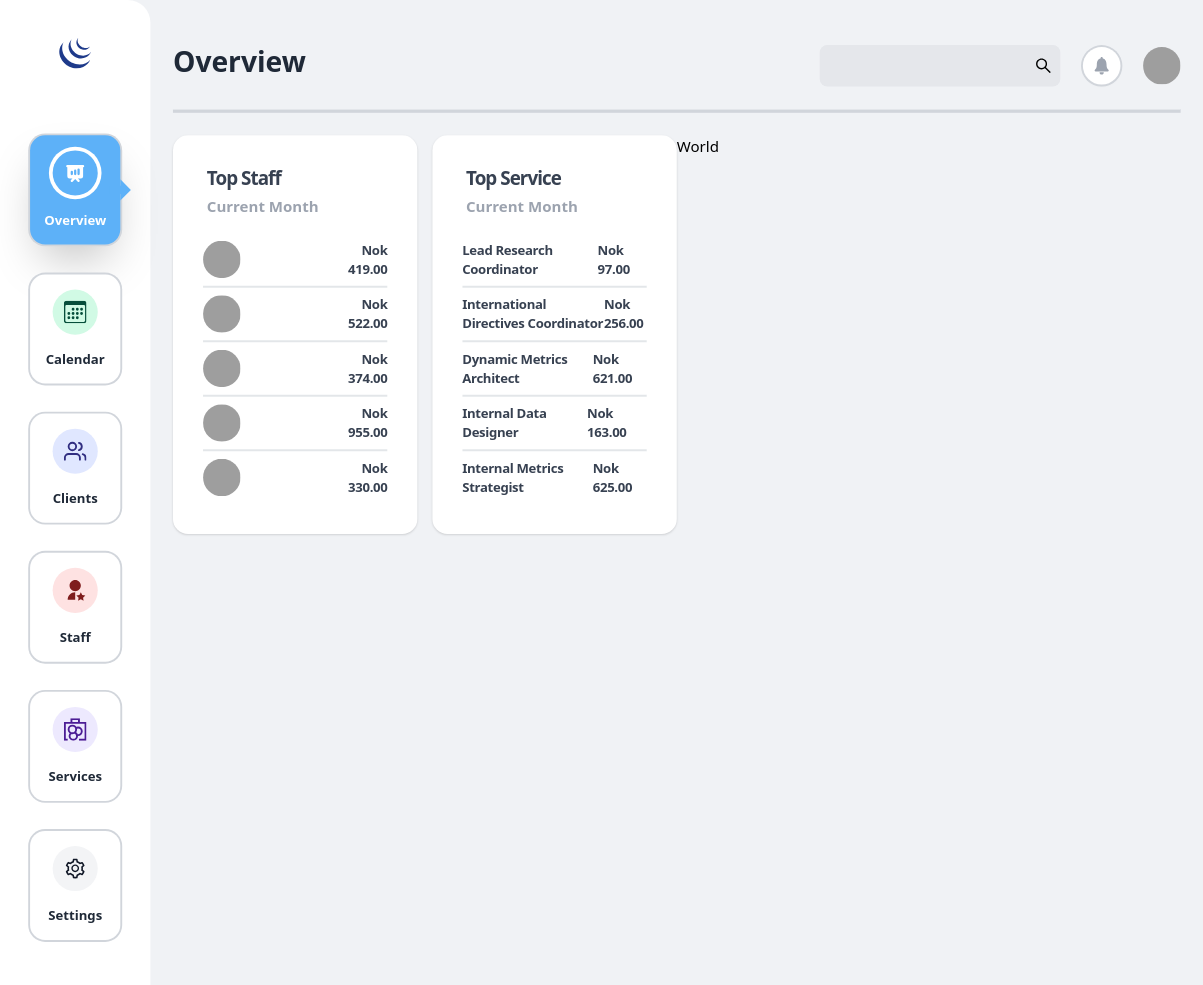
Repository: coolronts/dashboard
Page: /
The author's editor kept a copy of each file at every save. The page is drawn from the files as they stood at one save, then again after the next save.
The browser window is 1280 px wide. The pictures show the whole page, at 94% of full size.
Pictures or frames that could not be fetched are drawn as grey boxes. The project was rebuilt for these pictures with package versions that can differ from the ones it lists, and the page was loaded fresh each time. Also part of the build but not shown: craco.config.js.

Above is the page before, as saved 2021-11-28 02:43:10.

### src/index.tsx
import './index.css';

import App from './App';
import React from 'react';
import ReactDOM from 'react-dom';

ReactDOM.render(
  <React.StrictMode>
    <App />
  </React.StrictMode>,
  document.getElementById('root')
);

### src/App.tsx
import './App.css';

import Home from './Pages/Home'

function App() {
  return (
    <div className="App">
      <Home/>
    </div>
  );
}

export default App;

### src/App.css
* {
    margin: 0;
    padding: 0;
}

.App {
    background-color: #F0F2F5;
}

### src/Pages/Home/index.tsx
import LeftDrawer from '../../Units/LeftDrawer'
import SectionHeader from '../../Units/SectionHeader'
import SplitScreen from '../../Components/SplitScreen'
import TopService from '../../Units/TopService'
import TopStaff from '../../Units/TopStaff'

const Home: React.FC = () => {
  const styles = {
    leftDrawer: 'bg-white px-8 rounded-tr-3xl py-8',
  }
  return (
    <div className="flex">
      <div className={styles.leftDrawer}>
        <LeftDrawer/>
      </div>
      <div className="flex-1 mx-6 mt-12">
        <SectionHeader />
        <hr className="bg-gray-300 h-1 my-6" />
        <SplitScreen leftWeight="w-1/2" rightWeight="w-1/2" >
          <div className="w-full flex justify-between">
            <TopStaff />
            <div className="w-4"/>
            <TopService />
          </div>
          <div>World</div>
        </SplitScreen>

      </div>
    </div>
  )
}

export default Home

### src/Units/LeftDrawer/index.tsx
import { Calendar, Clients, Overview, Services, Settings, Staff } from '../../Components/Icons'

import {CompanyLogo} from '../../Components/Icons'
import Logo from '../../Components/Logo'

const LeftDrawer: React.FC = () => {
  const styles = {
    CompanyLogo: "text-5xl text-blue-900 w-full mb-12",
    menu: "flex flex-col justify-between bg-blue.primary"
  }
  const icons = [
    { Icon: <Overview />, name: 'overview', color: 'blue', active: true },
    { Icon: <Calendar />, name: 'calendar', color: 'green', active: false },
    { Icon: <Clients />, name: 'clients', color: 'indigo', active: false  },
    { Icon: <Staff />, name: 'staff', color: 'red', active: false  },
    { Icon: <Services />, name: 'services', color: 'purple', active: false  },
    { Icon: <Settings />, name: 'settings', color: 'gray', active: false  },
  ]

  return (
    <div className="m-auto">
      <CompanyLogo className={styles.CompanyLogo}/>
      <div className={styles.menu}>
        {icons.map((icon, index) =>  <Logo Icon={icon.Icon} name={icon.name} color={icon.color} key={index} active={icon.active} />)}
      </div>
    </div>
  )

}

export default LeftDrawer

### src/Units/SectionHeader/index.tsx
import Avatar from '../../Components/Avatar'
import {Notification} from '../../Components/Buttons'
import {Notifications} from '../../Components/Icons'
import TextBox from '../../Components/TextBox'

const SectionHeader: React.FC = () => {
  const styles = {
    heading: "text-3xl text-gray-800 font-bold",
    body: "flex justify-between",
    leftComponent: "flex items-center justify-around"
  }
  return (
    <div className={styles.body}>
      <h1 className={styles.heading}>Overview</h1>
      <div className={styles.leftComponent}>
        <TextBox />
        <Notification Icon={<Notifications />} />
        <Avatar />
      </div>
    </div>
  )
}

export default SectionHeader

### src/Components/SplitScreen/index.tsx
import tw from "tailwind-styled-components"

interface SplitScreenProps {
  children: React.ReactNode[];
  containerWeight?: string;
  leftWeight?: string;
  rightWeight?: string;
}
const SplitScreen: React.FC<SplitScreenProps> = ({
	children,
	containerWeight = 'flex w-full',
  leftWeight = 'w-1/2',
	rightWeight = 'w-full',
}) => {
  const Container = tw.div``;
  const Pane = tw.div``;

	const [left, right] = children;
	return (
		<Container className={containerWeight}>
			<Pane className={leftWeight}>
				{left}
			</Pane>
			<Pane className={rightWeight}>
				{right}
			</Pane>
		</Container>
	);
}

export default SplitScreen

### src/Units/TopService/index.tsx
import { useEffect, useState } from 'react'

import Card from '../../Components/Card'
import createRandomData from '../../api/TopService'

interface dataProps {
  position: string,
  price: number
}
const TopService: React.FC = () => {
  const [data, setData] = useState<dataProps[]>([])
  const styles = {
    table: `bg-white w-full divide-solid divide-y-2 divide-opacity-60 divide-gray-300 text-gray-700`,
    row: `flex text-sm items-center font-semibold font-sans tracking-tight py-2 justify-between`
  }

  if (data.length === 0) {
    createRandomData(5)
      .then(response => setData(response))
  }
  useEffect(() => { }, [data])

  return (
    <Card size="sm" Element={
      <div className="px-6">
        <div className="px-1 mb-4 font-semibold font-sans capitalize">
          <p className="tracking-tighter text-xl text-gray-700">Top Service</p>
          <p className="text-md text-gray-400 pt-1">Current month</p>
        </div>
        <div className={styles.table}>
          {data.map((item, i) => (
            <div className={styles.row} key={i}>
                <p>{item.position}</p>
                <p>Nok {item.price}</p>
            </div>
          ))}
        </div>
      </div>
    }/>
  )
}

export default TopService

### src/Units/TopStaff/index.tsx
import Avatar from '../../Components/Avatar'
import Card from '../../Components/Card'
import createRandomData from '../../api/TopStaff'
import {useState} from 'react'

interface dataProps {
  avatar: string,
  name: string,
  price: number
}
const TopStaff: React.FC = () => {
  const [data, setData] = useState<dataProps[]>([])
  if (data.length === 0) {
    createRandomData(5)
    .then(response => setData(response))
  }

  const styles = {
    table: `bg-white w-full divide-solid divide-y-2 divide-opacity-60 divide-gray-300 text-gray-700`,
    row: `flex text-sm items-center font-semibold font-sans tracking-tight py-2`
  }
  return (
    <Card size="sm" Element={
      <div className="px-6">
        <div className="px-1 mb-4 font-semibold font-sans capitalize">
          <p className="tracking-tighter text-xl text-gray-700">Top Staff</p>
          <p className="text-md text-gray-400 pt-1">Current month</p>
        </div>
        <div className={styles.table}>
          {data.map((item, i) => (
            <div className={styles.row} key={i}>
              <div className="w-2/3 flex items-center">
                <Avatar img={item.avatar}/>
                <p className="ml-2">{item.name}</p>
              </div>
              <div className="w-1/3 text-right">
                <p className="">Nok {item.price}</p>
              </div>
            </div>
          ))}
        </div>
      </div>
    } />
  )
}

export default TopStaff

### src/Components/Icons/index.tsx
import {AiOutlineSearch} from 'react-icons/ai'
import {AiOutlineSetting} from 'react-icons/ai'
import {BsCalendar3} from 'react-icons/bs'
import {DiJqueryLogo} from 'react-icons/di'
import {FiUsers} from 'react-icons/fi'
import {GrBusinessService} from 'react-icons/gr'
import { HiPresentationChartBar } from 'react-icons/hi'
import {ImArrowRight} from 'react-icons/im'
import {IoIosNotifications} from 'react-icons/io'
import { RiUserStarFill } from 'react-icons/ri'

export {
  HiPresentationChartBar as Overview,
  BsCalendar3 as Calendar,
  FiUsers as Clients,
  RiUserStarFill as Staff,
  GrBusinessService as Services,
  AiOutlineSetting as Settings,
  ImArrowRight as ArrowRight,
  DiJqueryLogo as CompanyLogo,
  AiOutlineSearch as Search,
  IoIosNotifications as Notifications
}

### src/Components/Logo/index.tsx
import {ArrowRight} from '../Icons'
import React from 'react';

interface IconProps {
  Icon: React.ReactNode;
  name: string,
  color: string,
  active?: boolean
}


const Logo: React.FC<IconProps> = ({ Icon, name, color, active=false }) => {

  const styles = {
    body:`relative group my-4 text-2xl px-12 py-4 bg-white ring-2 ring-gray-300 w-20 rounded-2xl flex flex-col items-center justify-around hover:bg-blue-primary hover:shadow-2xl cursor-pointer ${active ? 'bg-blue-primary shadow-2xl' :'bg-white'}`,
    name: `${active ? 'text-white': 'text-gray-800'} group-hover:text-white capitalize text-sm font-semibold mt-4`,
    icon: `${active ? 'bg-blue-primary text-white': `bg-${color}-100 text-${color}-900`} rounded-full p-3 group-hover:bg-blue-primary group-hover:text-white ring-4 ring-white`,
    arrowRight: `${active?'text-blue-primary': 'text-transparent'} absolute -right-3 text-transparent`
  }
  return (
    <div className={styles.body}>
      <div className={styles.icon}> {Icon} </div>
      <p className={styles.name}> {name} </p>
      <ArrowRight className={styles.arrowRight}/>
    </div>
  )
}

export default Logo

### src/Components/Avatar/index.tsx
interface AvatarProps {
  img?: string;
  radius?: number;
}
const imgLink="https://images.unsplash.com/photo-1472099645785-5658abf4ff4e?ixlib=rb-1.2.1&ixid=eyJhcHBfaWQiOjEyMDd9&auto=format&fit=facearea&facepad=2&w=256&h=256&q=80"

const Avatar: React.FC<AvatarProps> = ({ img = imgLink, radius = 10 }) => {
  console.log(img)
  const styles = {
    avatar:`inline-block h-${radius} w-${radius} rounded-full cursor-pointer`
  }
  return (
    <div>
      <img
        className={styles.avatar}
        src={img}
        alt=""
      />
    </div>
  )
}

export default Avatar

### src/Components/Buttons/index.tsx
interface NotificationProps{
  Icon: React.ReactNode;
}

export const Notification: React.FC<NotificationProps> = ({ Icon }) => {
  const styles = {
    icon: "ring-2 ring-gray-300 text-2xl font-bold p-2 bg-white rounded-full mx-6 shadow text-gray-400 cursor-pointer hover:shadow-2xl"
  }
  return (
    <>
      <div className={styles.icon}>{Icon}</div>
    </>
  )
}

### src/Components/TextBox/index.tsx
import {Search} from '../Icons'

const TextBox: React.FC = () => {
  const styles = {
    body: "relative",
    textBox: "bg-gray-200 w-64 rounded-lg py-3 px-4 font-semibold text-sm focus:ring-2 ring-gray-600 outline-none",
    searchIcon: "absolute right-2 top-3 text-xl"
  }

  return (
    <div className={styles.body}>
      <input className={styles.textBox} type="text" />
      <Search className={styles.searchIcon}/>

    </div>
  )
}

export default TextBox

### src/Components/Card/index.tsx
import { ReactNode } from "react"

interface CardProps {
  size?: string;
  Element: ReactNode
}

const Card: React.FC<CardProps> = ({ size, Element}) => {
  const styles = {
    body: `bg-white px-2 py-8 rounded-2xl shadow ${size==='sm' ? 'w-3/6': 'w-full'}` ,
  }
  return (
    <div className={styles.body}>
      {Element}
    </div>
  )
}

export default Card

### src/api/TopService.ts
var faker = require('faker')

const createRandomData = async (n: number) => {
  let data = []
  for (let i = 0; i < n; i++) {
    await data.push({
      position: faker.name.jobTitle(),
      price: faker.commerce.price()
    })
  }
  console.log(data)
  return data
}

export default createRandomData

### src/api/TopStaff.ts
var faker = require('faker')

const createRandomData = async (n: number) => {
  let data = []
  for (let i = 0; i < n; i++) {
    await data.push({
      position: faker.name.jobTitle(),
      price: faker.commerce.price()
    })
  }
  return data
}

export default createRandomData

### tailwind.config.js
module.exports = {
    purge: ["./src/**/*.{js,jsx,ts,tsx}", "./public/index.html"],
    darkMode: false, // or 'media' or 'class'
    theme: {
        extend: {
            colors: {
                blue: {
                    primary: "#5DB1F8",
                    secondary: "#38A3FF",
                    tertiary: "#1D90F3",
                },
            },
        },
    },
    variants: {
        extend: {},
    },
    plugins: [],
};

Loaded but not shown: public/index.html (common file); src/index.css (common file)

After the next save:
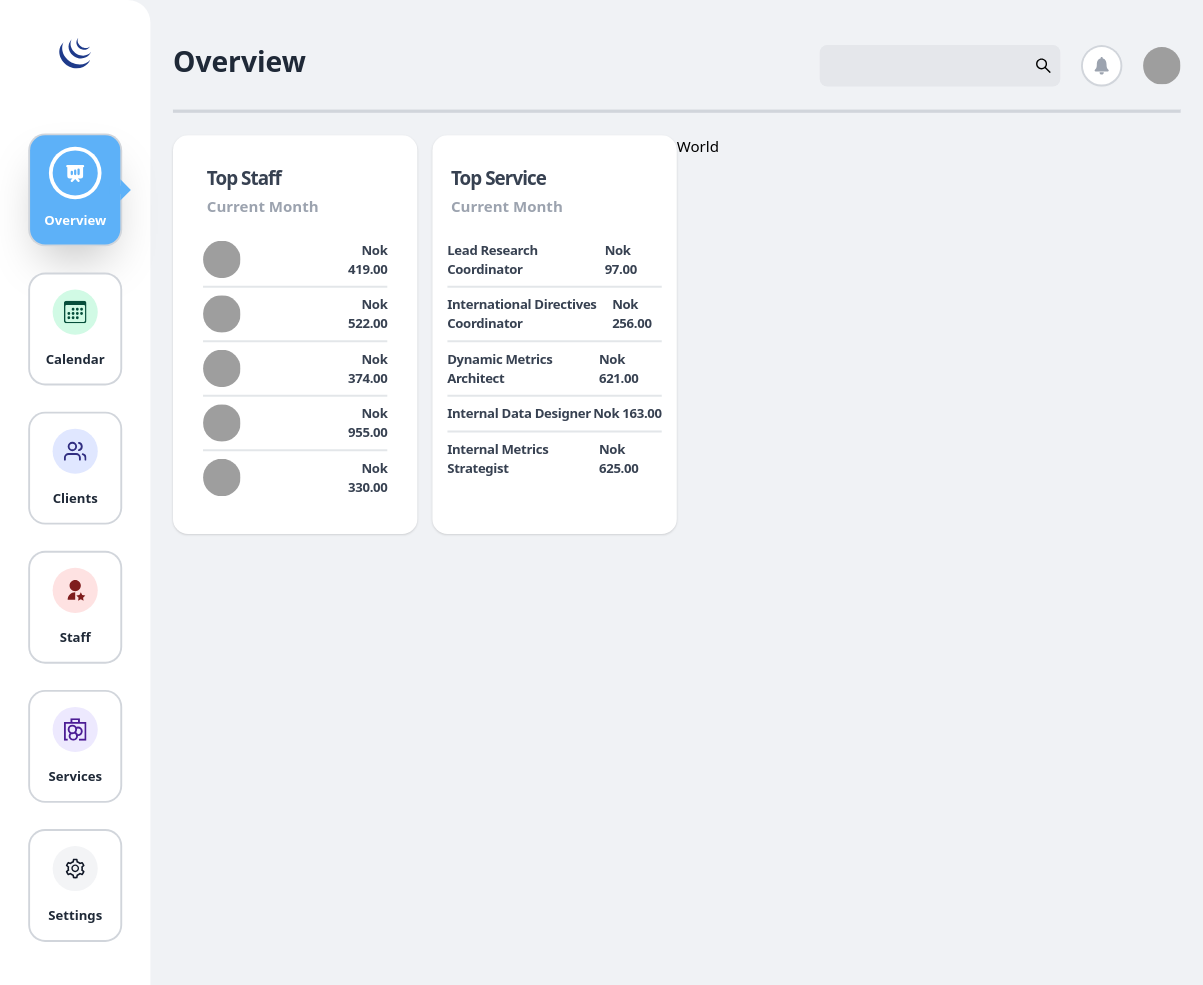
Saved 72 s later.
--- a/src/Units/TopService/index.tsx
+++ b/src/Units/TopService/index.tsx
@@ -22,7 +22,7 @@ const TopService: React.FC = () => {
 
   return (
     <Card size="sm" Element={
-      <div className="px-6">
+      <div className="px-2">
         <div className="px-1 mb-4 font-semibold font-sans capitalize">
           <p className="tracking-tighter text-xl text-gray-700">Top Service</p>
           <p className="text-md text-gray-400 pt-1">Current month</p>
